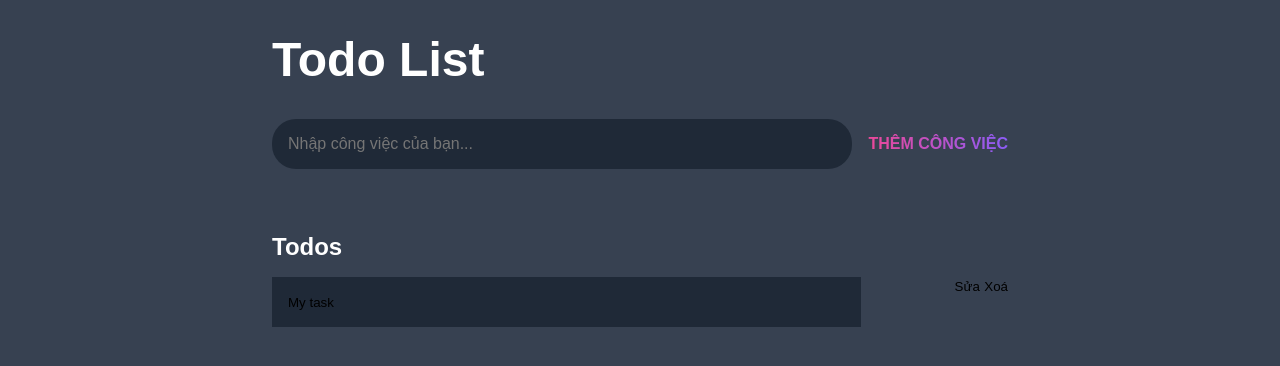
Repository: ntheanh/Todo-List
Page: index.html
An editor plug-in stored every save of this project. The page is shown before and after the next save, followed by the edit.
The browser window is 1280 px wide. The pictures show the whole page.
The style sheet was rebuilt from its Sass, Less or Tailwind sources for each picture, by a compiler version that may differ from the author's.

Above is the page before, as saved 2023-03-15 22:55:09.

After the next save:
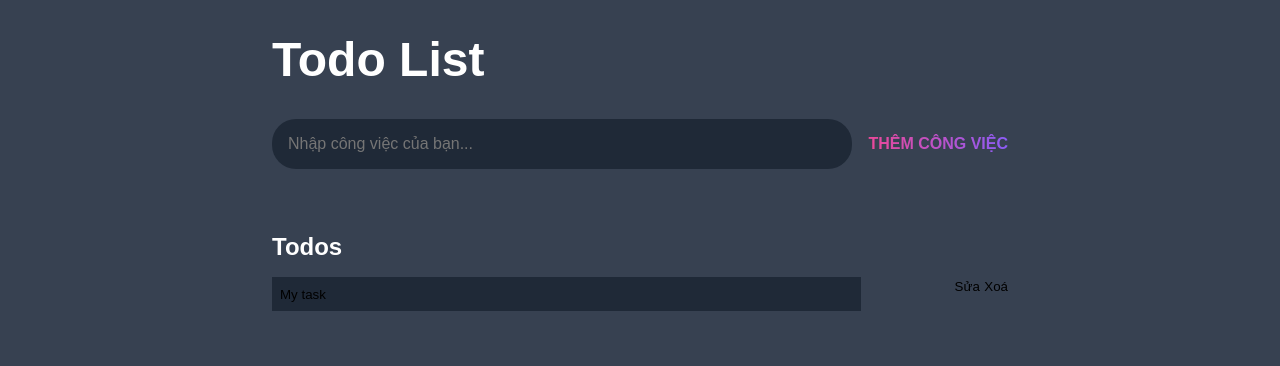
Saved 10 s later.
--- a/style.scss
+++ b/style.scss
@@ -90,7 +90,7 @@ main {
       .content {
         background: var(--darker);
         width: 80%;
-        padding: 1rem;
+        padding: 0.5rem;
       }
     }
   }
